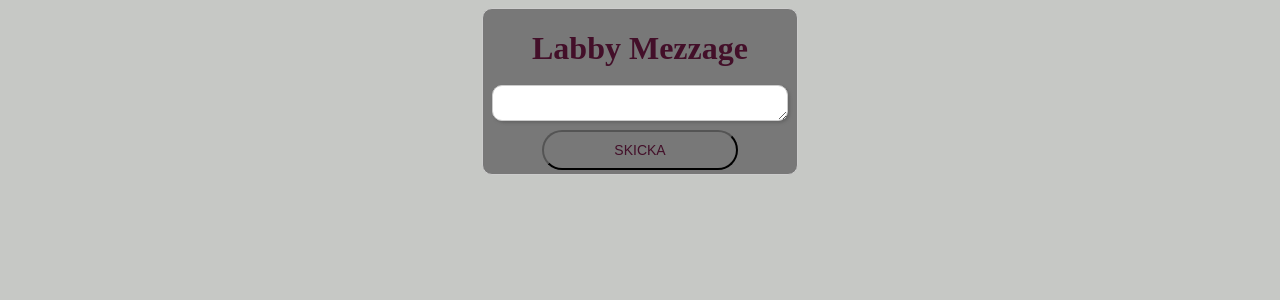
Repository: Angamanga/1dv403-laborationer
Page: 2-labbymezzage/index.html
The author's editor kept a record of every edit. The page is drawn from the files as they stood at one moment, then again after the next edit.
The browser window is 1280 px wide. The pictures show the whole page.
Some web fonts or font styles are not loaded; a fallback is used.

Above is the page before.

### 2-labbymezzage/index.html
<!doctype html>
<html lang="sv">

<head>
    <meta charset="utf-8" />
    <title>Labby mezzage</title>
    <link href='//fonts.googleapis.com/css?family=Londrina+Outline|Raleway:100' rel='stylesheet' type='text/css'>
    <link rel="stylesheet" media="screen and (min-width:501px)" href="css/style.css">
    <link rel="stylesheet" media="screen and (max-width:500px)" href="css/mobile.css">
    <meta name="viewport" content="width=device-width, minimum-scale=1">

   <script src="js/message.js"></script>
    <script src="js/script.js"></script>
    <title>Webbteknik 1, Laboration 2</title>
</head>

<body>



        <main>


            <div class="board">
                <header>
            <h1>Labby Mezzage</h1>
                </header>
            <div class="container"></div>
             <p class="counter"></p>


         <textarea class="messageInput"></textarea>
           <input type ="submit" class="submitMessage" value="Skicka"/>

            </div>

        </main>

        <footer>
        </footer>
    </div>
</body>

</html>

### 2-labbymezzage/css/style.css
/*@media screen and (min-width: 501px)*/
body {
    background: #C6C8C5;
    color: #430F29;
    font-family: 'Raleway', sans-serif;
}

.board {
    width: 300px;
    margin: 0 auto;
    text-align: center;
    line-height: 1.8em;
    margin: 0 auto;
    background: #787878;
    border: 1px solid #ccc;
    -moz-border-radius: 10px;
    -webkit-border-radius: 10px;
    border-radius: 10px;
    padding: 4px 7px;
    outline: 0;
    -webkit-appearance: none;
}
.board h1{
   font-family: 'Londrina Outline', cursive;
}

.messageInput {
    width:290px;
    border: 1px solid #ccc;
    -moz-border-radius: 10px;
    -webkit-border-radius: 10px;
    border-radius: 10px;
    -moz-box-shadow: 2px 2px 3px #666;
    -webkit-box-shadow: 2px 2px 3px #666;
    box-shadow: 2px 2px 3px #666;
     outline: 0;
    -webkit-appearance: none;
}
.messageInput:focus {
    border-color: #430F29;
}
.messages{
    width:290px;
     border: 1px #C6C8C5;
     background:white;
    -moz-border-radius: 10px;
    -webkit-border-radius: 10px;
    border-radius: 10px;
    -moz-box-shadow: 2px 2px 3px #666;
    -webkit-box-shadow: 2px 2px 3px #666;
     margin:3px;
    outline: 0;
    -webkit-appearance: none;
    font-size:0.6em;
       }
 div.messages img{
   margin-left:260px;
}


.counter{
    font-size:0.7em;
    padding:0;
    margin:0 0 0 185px;

}
.submitMessage{
background:#787878;
color:#430F29;
text-shadow:none;
border-radius:200px;
font-size:14px;
padding:10px 70px;
text-transform:uppercase;
box-shadow: none;
text-shadow:none;

}
.submitMessage:hover{
    background:#fffdfa;

color:#2ca6cd;
}

### 2-labbymezzage/js/message.js
"use strict";

function Message(message, date){

	this.getText = function(){
		return message;
	}
	this.setText = function(_text){
		message = _text;
	}

	this.getDate = function(){
		return date;
	}
	this.setDate = function(_date){
		date = _date
	}
}

Message.prototype.toString = function() {
	return this.getText() + " (" + this.getDate() + " )";
};

Message.prototype.getHTMLtext = function() {
			return this.getText().replace(/\n/g, " <br> ");
};

### 2-labbymezzage/js/script.js
"use strict";

window.onload = function() {
  var MessageBoard = {
        messages: [],
        init: function() {
            var message = new Message();
            },
        removeMessage: function(i){
                    MessageBoard.messages.splice(i,1)
            },
        alertDate: function(i){
            var p =
            alert(p);
        },
        renderMessage: function(messageID){
            var container = document.querySelector(".container");
            var messContainer = document.createElement("div");
            messContainer.className = "messages";
            container.appendChild(messContainer);
            var textP = document.createElement("p");
            textP.setAttribute("class","text");
             messContainer.appendChild(textP);
            textP.innerHTML = MessageBoard.messages[messageID].getHTMLtext();
            var timeP = document.createElement("p");
            timeP.setAttribute("class","time");
            // var text = document.createTextNode(MessageBoard.messages[messageID].getHTMLtext());
            var time = document.createTextNode(MessageBoard.messages[messageID].getDate().getHours() +":"+ MessageBoard.messages[messageID].getDate().getMinutes() + ":"+MessageBoard.messages[messageID].getDate().getSeconds());
            var linkDelete=document.createElement("a");
            linkDelete.setAttribute("src", "#");
            var img2 = document.createElement("img");
            img2.setAttribute("class","submitDelete");
            img2.setAttribute("src","pics/12.png");
            img2.setAttribute("alt","radera meddelande");
            linkDelete.appendChild(img2);
             messContainer.appendChild(linkDelete);
            img2.onclick = function(messageID){
               var a=window.confirm("VIll du verkligen radera meddelandet?");
                    if(a===true){
                MessageBoard.removeMessage(messageID);
                MessageBoard.renderMessages();
                p.innerHTML = "Antal meddelanden: " + MessageBoard.messages.length;
                    }
                    }
            messContainer.appendChild(img2);


            messContainer.appendChild(timeP);
            timeP.appendChild(time);

             var img1 = document.createElement("img");
            img1.setAttribute("class","showDate");
            img1.setAttribute("src","pics/14.png");
            img1.setAttribute("alt","visa tid");
            messContainer.appendChild(img1);
            var alertbox=MessageBoard.messages[messageID].getDate();
            img1.onclick = function(messageID){
            alert("Inlagget skapades den: " + alertbox);
        }}
            ,
            renderMessages: function(){
            document.querySelector(".container").innerHTML="";
            for(var i=0;i<MessageBoard.messages.length;++i){
                MessageBoard.renderMessage(i);
            }
  }};

  MessageBoard.init();


var messageInput = document.querySelector(".messageInput");
var submitMessage = document.querySelector(".submitMessage");
var messages = document.querySelector(".messages");
var p = document.querySelector(".counter");

function submit(){
        var txt = messageInput.value;
        var dte = new Date();
        var msg = new Message(txt, dte);
        MessageBoard.messages.push(msg);
        p.innerHTML = "Antal meddelanden: " + MessageBoard.messages.length;
        MessageBoard.renderMessages();
        messageInput.value="";

}

 submitMessage.addEventListener("click", function(e) {
       submit();
       messageInput.reset();
});

 messageInput.onkeypress = function(e, messageID){

       if(e.keyCode == 13 && !e.shiftKey){
         submit();
       }
}
};

### 2-labbymezzage/css/mobile.css
/*@media screen and (max-width: 500px)*/

header,
main
 {
    display: block;
}

body {
    background: #C6C8C5;
    color: #430F29;
    font-family: Lora, 'Palatino Linotype', Palatino, serif;
}

.container {
    Width: 300px;
    margin: 0 auto;
    text-align: justify;
    line-height: 1.8em;
    margin: 0 auto;
    background: #787878;
    border: 1px solid #ccc;
    -moz-border-radius: 10px;
    -webkit-border-radius: 10px;
    border-radius: 10px;
    padding: 4px 7px;
    outline: 0;
    -webkit-appearance: none;
}
.messageInput {
    width:290px;
    border: 1px solid #ccc;
    -moz-border-radius: 10px;
    -webkit-border-radius: 10px;
    border-radius: 10px;
    -moz-box-shadow: 2px 2px 3px #666;
    -webkit-box-shadow: 2px 2px 3px #666;
    box-shadow: 2px 2px 3px #666;


    outline: 0;
    -webkit-appearance: none;
}
.messageInput:focus {
    border-color: #339933;
}
.messages{
    width:290px;
     border: 1px #C6C8C5;
     background:white;
    -moz-border-radius: 10px;
    -webkit-border-radius: 10px;
    border-radius: 10px;
    -moz-box-shadow: 2px 2px 3px #666;
    -webkit-box-shadow: 2px 2px 3px #666;
     margin:3px;
    outline: 0;
    -webkit-appearance: none;
    }
 div.messages img{
   margin-left:260px;
}


.counter{
    font-size:0.7em;
    padding:0;
    margin:0 0 0 185px;

}

After the next edit:
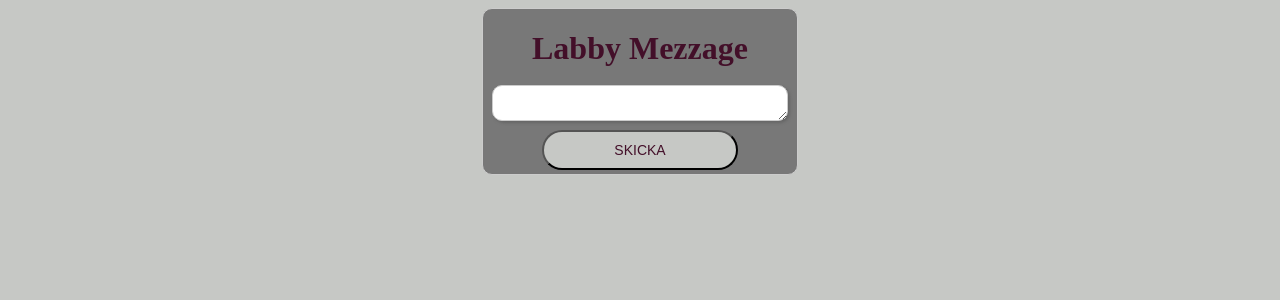
The edit:
--- a/2-labbymezzage/css/style.css
+++ b/2-labbymezzage/css/style.css
@@ -65,7 +65,7 @@
 
 }
 .submitMessage{
-background:#787878;
+background:#C6C8C5;
 color:#430F29;
 text-shadow:none;
 border-radius:200px;
